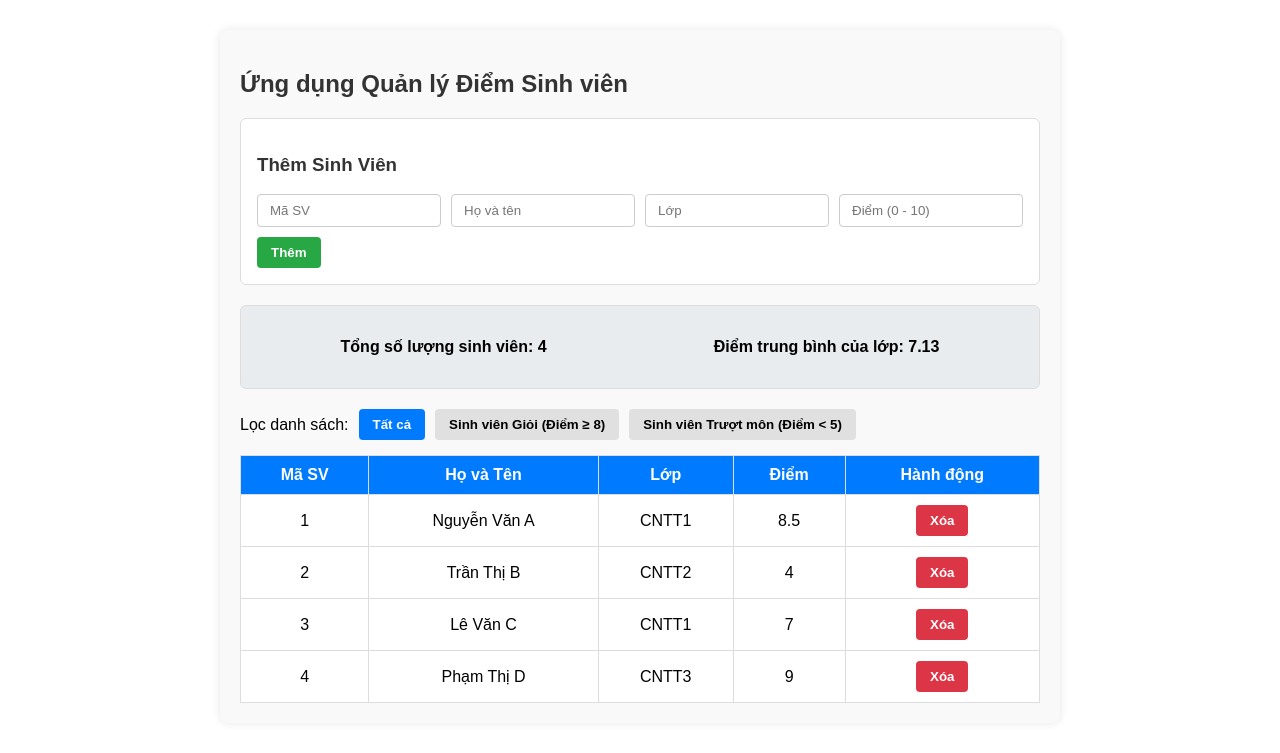
Repository: bachphamudu/B25DCCC030
Page: /
The author's editor kept a copy of each file at every save. The page is drawn from the files as they stood at one save, then again after a run of saves.
The browser window is 1280 px wide. The pictures show the whole page.
The project was rebuilt for these pictures with package versions that can differ from the ones it lists, and the page was loaded fresh each time.

Above is the page before, as saved 2026-10-15 10:07:21.

### src/App.js
import React, { useState } from 'react';
import './App.css';

const StudentItem = (sql) => {
  return (
    <tr>
      <td>{sql.student.id}</td>
      <td>{sql.student.name}</td>
      <td>{sql.student.className}</td>
      <td>{sql.student.score}</td>
      <td>
        <button
          type="button"
          className="btn-delete"
          onClick={() => sql.onDelete(sql.student.id)}
        >
          Xóa
        </button>
      </td>
    </tr>
  );
};

const StudentTable = (sql) => {
  if (sql.students.length === 0) {
    return <p className="empty-text">Không có sinh viên nào phù hợp.</p>;
  }

  return (
    <table className="student-table">
      <thead>
        <tr>
          <th>Mã SV</th>
          <th>Họ và Tên</th>
          <th>Lớp</th>
          <th>Điểm</th>
          <th>Hành động</th>
        </tr>
      </thead>
      <tbody>
        {sql.students.map((student) => (
          <StudentItem
            key={student.id}
            student={student}
            onDelete={sql.onDelete}
          />
        ))}
      </tbody>
    </table>
  );
};

const App = () => {
  const [students, setStudents] = useState([
    { id: '1', name: 'Nguyễn Văn A', score: 8.5, className: 'CNTT1' },
    { id: '2', name: 'Trần Thị B', score: 4.0, className: 'CNTT2' },
    { id: '3', name: 'Lê Văn C', score: 7.0, className: 'CNTT1' },
    { id: '4', name: 'Phạm Thị D', score: 9.0, className: 'CNTT3' },
  ]);

  const [formData, setFormData] = useState({
    id: '',
    name: '',
    score: '',
    className: '',
  });

  const [errorMessage, setErrorMessage] = useState('');
  const [filterType, setFilterType] = useState('ALL');

  const handleInputChange = (e) => {
    const name = e.target.name;
    const value = e.target.value;
    setFormData((prev) => ({
      ...prev,
      [name]: value,
    }));
  };

  const handleAddStudent = (e) => {
    e.preventDefault();

    if (!formData.id.trim() || !formData.name.trim() || !formData.className.trim() || formData.score === '') {
      setErrorMessage('Vui lòng điền đầy đủ tất cả các trường!');
      return;
    }

    const isExisted = students.some(
      (s) => String(s.id).trim().toLowerCase() === formData.id.trim().toLowerCase()
    );
    if (isExisted) {
      setErrorMessage(`Mã sinh viên "${formData.id.trim()}" đã tồn tại! Vui lòng chọn mã khác.`);
      return;
    }

    const numericScore = parseFloat(formData.score);
    if (isNaN(numericScore) || numericScore < 0 || numericScore > 10) {
      setErrorMessage('Điểm số phải là số từ 0 đến 10!');
      return;
    }

    const newStudent = {
      id: formData.id.trim(),
      name: formData.name.trim(),
      score: numericScore,
      className: formData.className.trim(),
    };

    setStudents((prev) => [...prev, newStudent]);
    setFormData({ id: '', name: '', score: '', className: '' });
    setErrorMessage('');
  };

  const handleDeleteStudent = (idToDelete) => {
    setStudents((prev) => prev.filter((student) => String(student.id) !== String(idToDelete)));
  };

  const filteredStudents = students.filter((student) => {
    if (filterType === 'EXCELLENT') return student.score >= 8;
    if (filterType === 'FAILED') return student.score < 5;
    return true;
  });

  const totalStudents = students.length;
  const averageScore = totalStudents > 0
    ? (students.reduce((sum, current) => sum + current.score, 0) / totalStudents).toFixed(2)
    : 0;

  return (
    <div className="container">
      <h2>Ứng dụng Quản lý Điểm Sinh viên</h2>

      <div className="card">
        <h3>Thêm Sinh Viên</h3>
        {errorMessage && <p className="error-alert">{errorMessage}</p>}
        <form onSubmit={handleAddStudent} className="form-group">
          <input
            type="text"
            name="id"
            placeholder="Mã SV"
            value={formData.id}
            onChange={handleInputChange}
          />
          <input
            type="text"
            name="name"
            placeholder="Họ và tên"
            value={formData.name}
            onChange={handleInputChange}
          />
          <input
            type="text"
            name="className"
            placeholder="Lớp"
            value={formData.className}
            onChange={handleInputChange}
          />
          <input
            type="number"
            name="score"
            placeholder="Điểm (0 - 10)"
            step="0.1"
            value={formData.score}
            onChange={handleInputChange}
          />
          <button type="submit" className="btn-add">Thêm</button>
        </form>
      </div>

      <div className="card stats-card">
        <p>{`Tổng số lượng sinh viên: ${totalStudents}`}</p>
        <p>{`Điểm trung bình của lớp: ${averageScore}`}</p>
      </div>

      <div className="filter-group">
        <span>Lọc danh sách: </span>
        <button
          type="button"
          className={filterType === 'ALL' ? 'active' : ''}
          onClick={() => setFilterType('ALL')}
        >
          Tất cả
        </button>
        <button
          type="button"
          className={filterType === 'EXCELLENT' ? 'active' : ''}
          onClick={() => setFilterType('EXCELLENT')}
        >
          Sinh viên Giỏi (Điểm &ge; 8)
        </button>
        <button
          type="button"
          className={filterType === 'FAILED' ? 'active' : ''}
          onClick={() => setFilterType('FAILED')}
        >
          Sinh viên Trượt môn (Điểm &lt; 5)
        </button>
      </div>

      <StudentTable
        students={filteredStudents}
        onDelete={handleDeleteStudent}
      />
    </div>
  );
};

export default App;

### src/App.css
.container {
  max-width: 800px;
  margin: 30px auto;
  padding: 20px;
  font-family: Arial, sans-serif;
  background-color: #f9f9f9;
  border-radius: 8px;
  box-shadow: 0 0 10px rgba(0, 0, 0, 0.1);
}

h2, h3 {
  color: #333;
}

.card {
  background: white;
  padding: 16px;
  border-radius: 6px;
  margin-bottom: 20px;
  border: 1px solid #ddd;
}

.form-group {
  display: flex;
  gap: 10px;
  flex-wrap: wrap;
}

.form-group input {
  padding: 8px 12px;
  border: 1px solid #ccc;
  border-radius: 4px;
  flex: 1;
  min-width: 140px;
}

.error-alert {
  color: red;
  margin-bottom: 10px;
  font-size: 14px;
}

button {
  cursor: pointer;
  padding: 8px 14px;
  border: none;
  border-radius: 4px;
  font-weight: bold;
}

.btn-add {
  background-color: #28a745;
  color: white;
}

.btn-delete {
  background-color: #dc3545;
  color: white;
}

.stats-card {
  display: flex;
  justify-content: space-around;
  font-weight: bold;
  background-color: #e9ecef;
}

.filter-group {
  margin-bottom: 15px;
  display: flex;
  align-items: center;
  gap: 10px;
}

.filter-group button {
  background-color: #e0e0e0;
}

.filter-group button.active {
  background-color: #007bff;
  color: white;
}

.student-table {
  width: 100%;
  border-collapse: collapse;
  background: white;
}

.student-table th, .student-table td {
  border: 1px solid #ddd;
  padding: 10px;
  text-align: center;
}

.student-table th {
  background-color: #007bff;
  color: white;
}

.student-table tr:hover {
  background-color: #f1f1f1;
}

.empty-text {
  text-align: center;
  color: #777;
  font-style: italic;
}

Loaded but not shown: public/index.html (common file); src/index.js (common file); src/index.css (common file); src/reportWebVitals.js (common file)

After the next 2 saves:
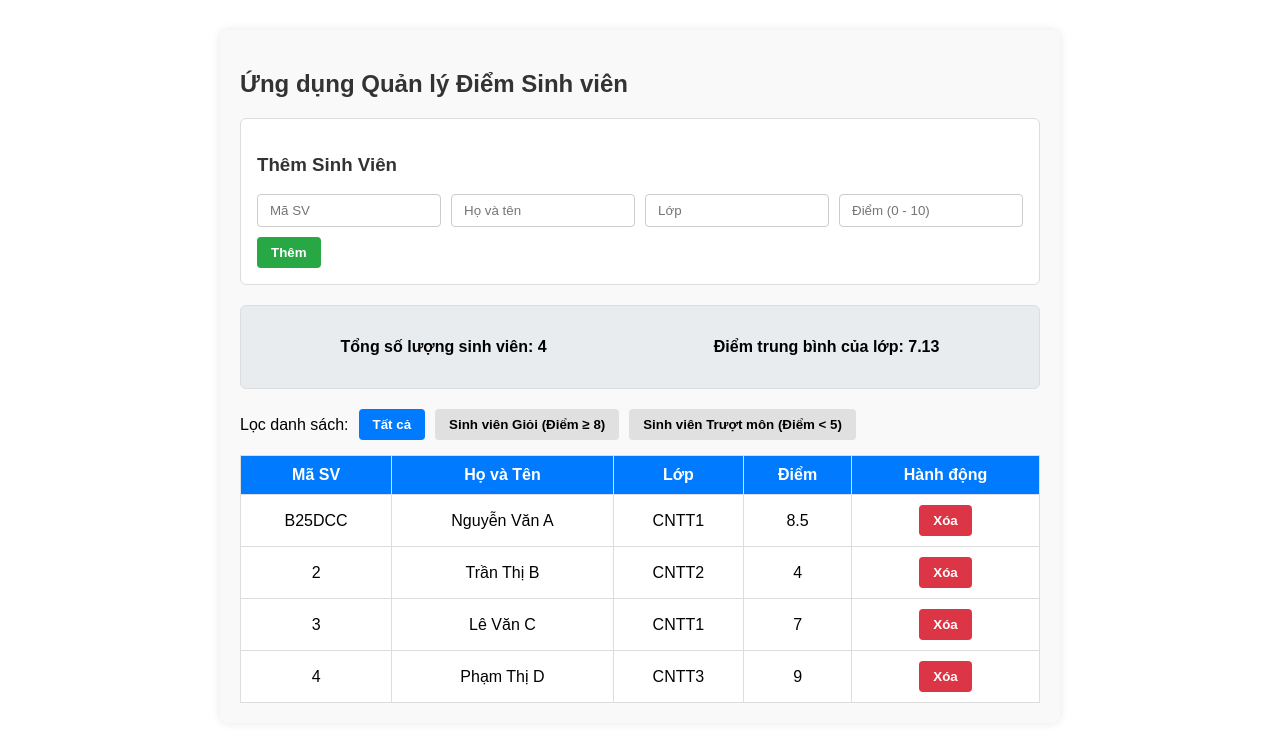
The 2 saves are shown as one change because they came seconds apart.
The last was saved 14 s later.
--- a/src/App.js
+++ b/src/App.js
@@ -52,7 +52,7 @@ const StudentTable = (sql) => {
 
 const App = () => {
   const [students, setStudents] = useState([
-    { id: '1', name: 'Nguyễn Văn A', score: 8.5, className: 'CNTT1' },
+    { id: 'B25DCC', name: 'Nguyễn Văn A', score: 8.5, className: 'CNTT1' },
     { id: '2', name: 'Trần Thị B', score: 4.0, className: 'CNTT2' },
     { id: '3', name: 'Lê Văn C', score: 7.0, className: 'CNTT1' },
     { id: '4', name: 'Phạm Thị D', score: 9.0, className: 'CNTT3' },
